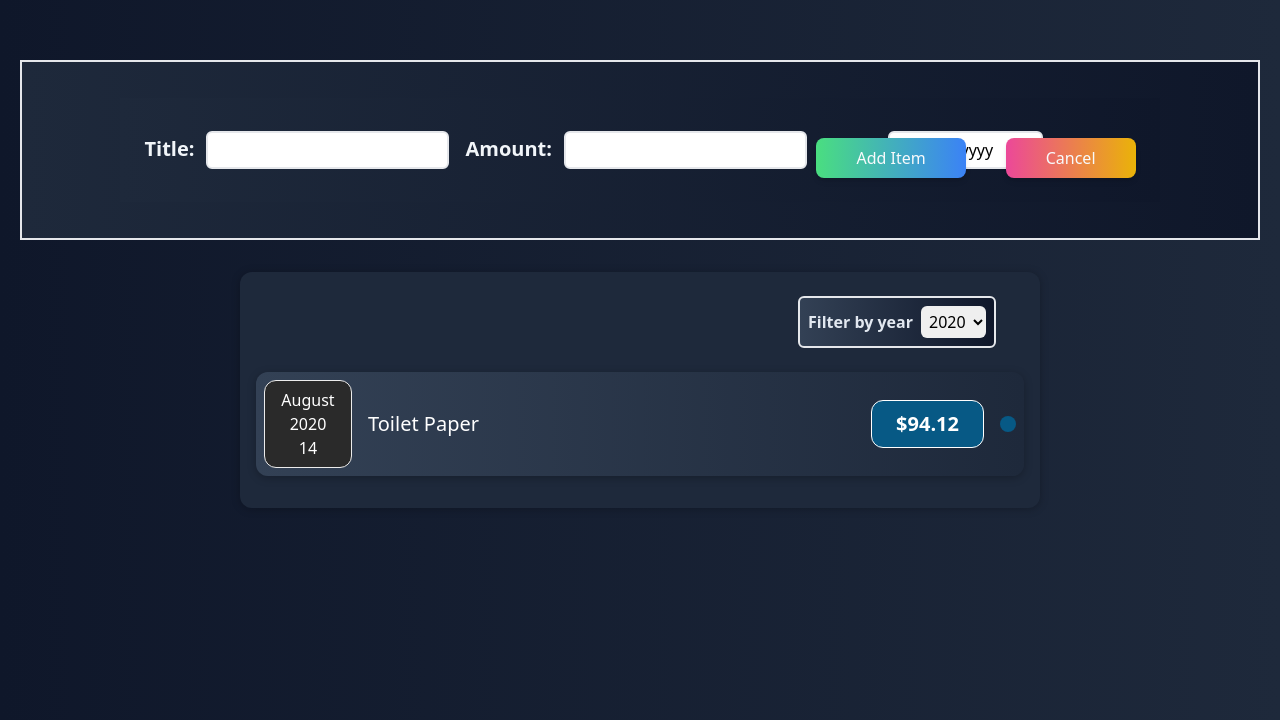
Repository: Sef24/expense-tracker
Page: /, after clicking the first element matching `button.flex`
These files come from the project's save history. The page is drawn as it stood at one moment and after the next save; the edit follows.
The browser window is 1280 px wide. The pictures show the whole page.
The project was rebuilt for these pictures with package versions that can differ from the ones it lists, and the page was loaded fresh each time. Also part of the build but not shown: src/components/NewExpense/NewExpense.css, src/components/NewExpense/ExpenseForm.css.

Above is the page before, as saved 2022-05-03 19:32:02.

After the next save:
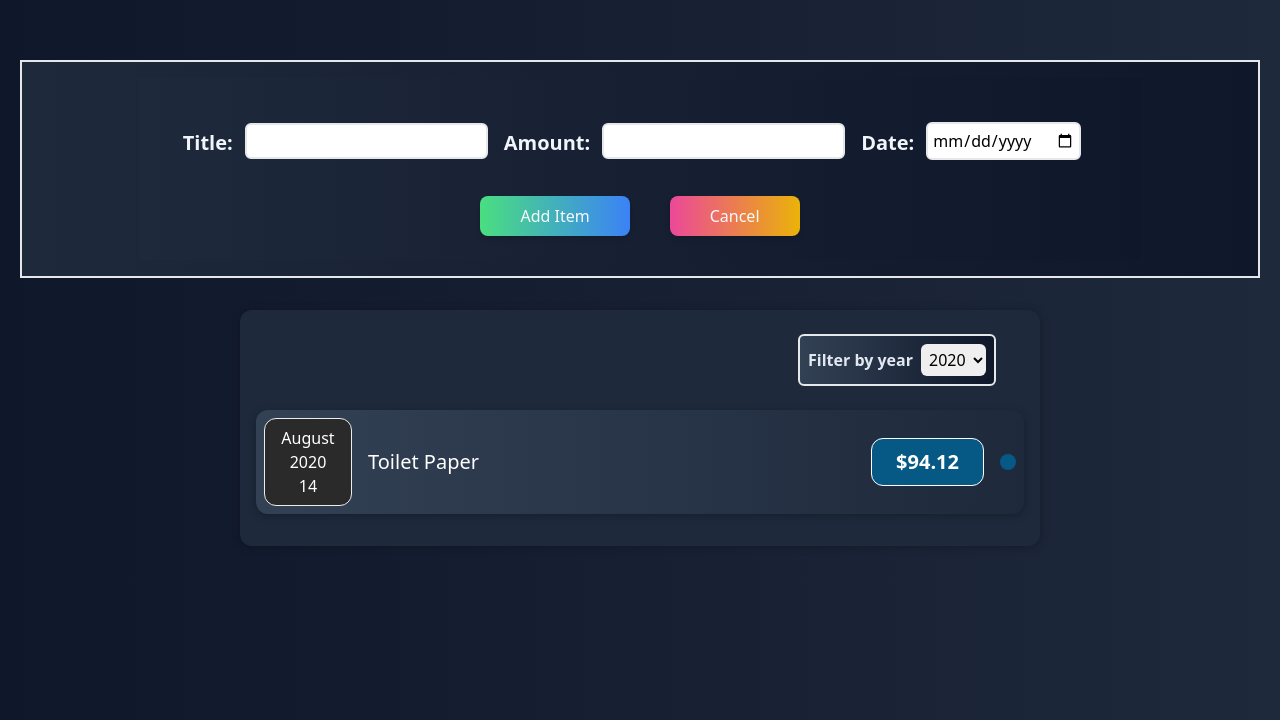
Saved 29 s later.
--- a/src/components/NewExpense/ExpenseForm.js
+++ b/src/components/NewExpense/ExpenseForm.js
@@ -34,10 +34,10 @@ function ExpenseForm(props) {
 
   return (
     <form
-      className="bg-gradient-to-r from-slate-800 to-slate-900 ... p-6 mx-8  flex flex-col sm:flex-row m-5 justify-between items-center h-auto"
+      className="bg-gradient-to-r from-slate-800 to-slate-900 ... p-6 mx-8 h-auto"
       onSubmit={handleSubmit}
     >
-      <div className="flex flex-grow justify-evenly max-w-2xl">
+      <div className="flex flex-col sm:flex-row m-5 justify-between items-center h-auto">
         <div className="font-bold text-slate-100 text-xl mr-1 mt-1">Title:</div>
         <input
           className="border-2 mr-4 ml-2 rounded-md p-1 hover:bg-slate-50 active:bg-slate-50 "
